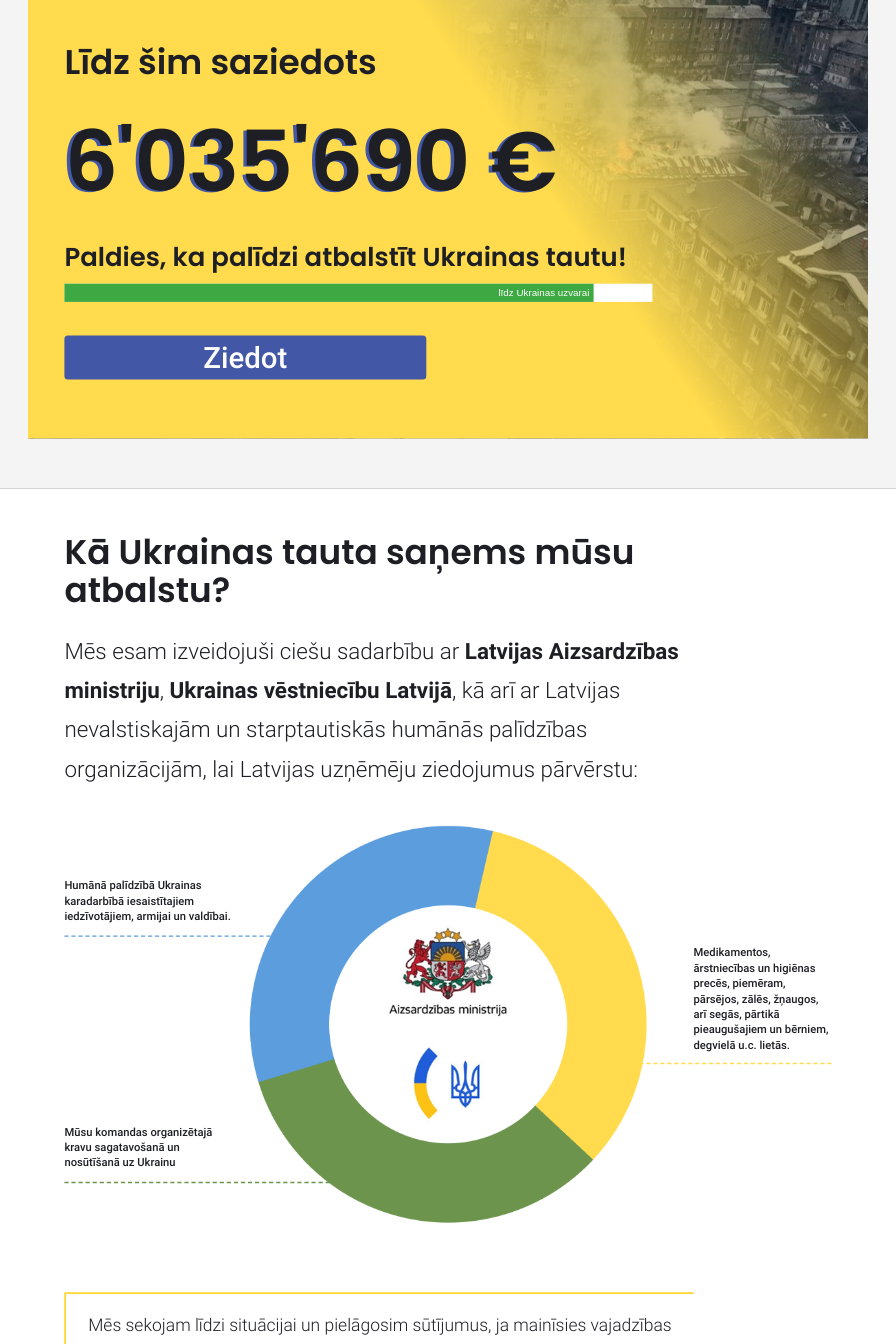
Repository: KatrinaPa/projekts11
Page: sakums.html
An editor plug-in stored every save of this project. The page is shown before and after the next save, followed by the edit.
The browser window is 1280 px wide. The pictures show the part of the page from y = 1186 to 3106 px (the page is 5296 px tall), at 70% of full size.

Above is the page before, as saved 2023-07-13 16:26:34.
Console error: TypeError: Cannot read properties of null (reading 'addEventListener')

After the next save:
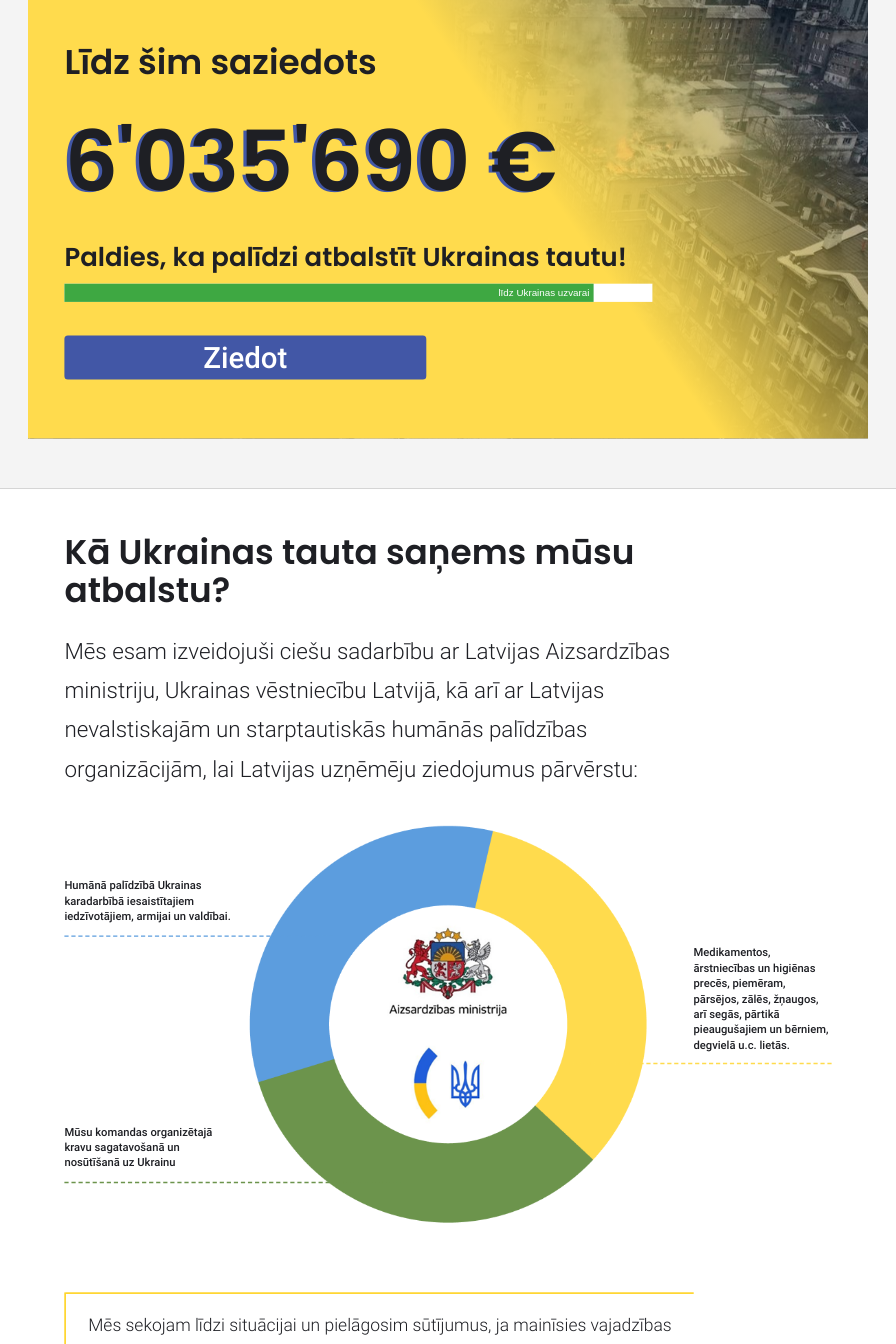
Saved 80 s later.
--- a/sakums.html
+++ b/sakums.html
@@ -107,11 +107,9 @@
                     <h1>Kā Ukrainas tauta saņems mūsu atbalstu?</h1>
                     <div class="support_wrapper">
                         <div>
-                            <h4>Mēs esam izveidojuši ciešu sadarbību ar <b> Latvijas Aizsardzības ministriju</b>, <b>
-                                    Ukrainas
-                                    vēstniecību Latvijā</b>, kā arī ar Latvijas nevalstiskajām un starptautiskās humānās
-                                palīdzības
-                                organizācijām, lai Latvijas uzņēmēju ziedojumus pārvērstu:</h4>
+                            <h4>Mēs esam izveidojuši ciešu sadarbību ar Latvijas Aizsardzības ministriju, Ukrainas
+                                vēstniecību Latvijā, kā arī ar Latvijas nevalstiskajām un starptautiskās humānās
+                                palīdzības organizācijām, lai Latvijas uzņēmēju ziedojumus pārvērstu:</h4>
                         </div>
                         <div class="support-what"><img src="assets/images/support_frame.png" alt="support"
                                 id="support-from">
